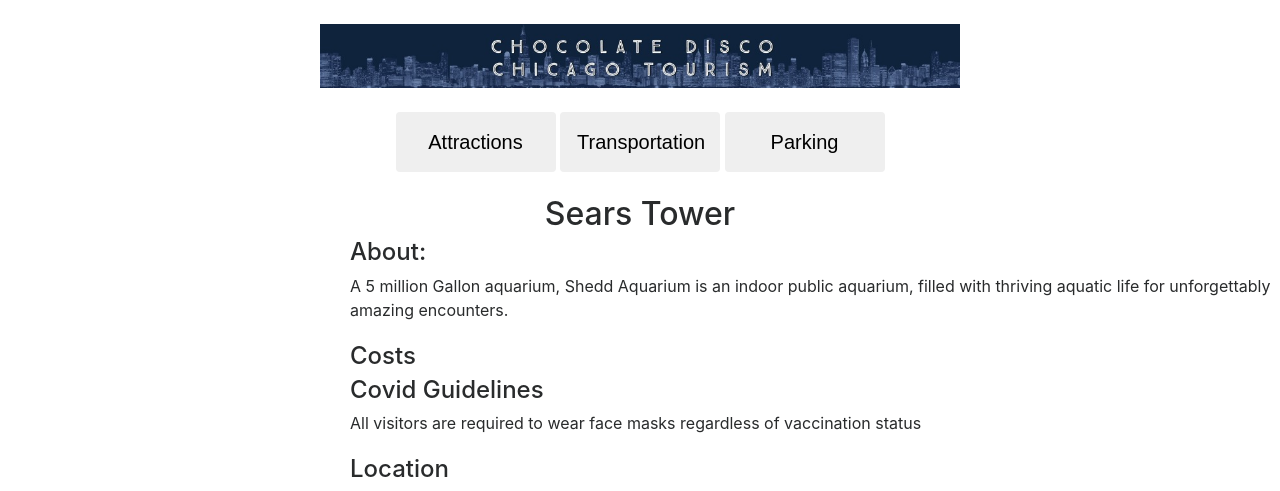
Repository: rkodit2/cs422project
Page: sheddAquarium.html
These files come from the project's save history. The page is drawn as it stood at one moment and after the next save; the edit follows.
The browser window is 1280 px wide. The pictures show the part of the page from y = 0 to 491 px (the page is 991 px tall before and 1095 px after).
Pictures or frames that could not be fetched are drawn as grey boxes.

Above is the page before, as saved 2021-11-03 19:33:04.

### sheddAquarium.html
<!DOCTYPE html>
<html>
<head>
    <title>Chocolate Disco Chicago Tourism</title>
    <link rel="stylesheet" href=
    "https://maxcdn.bootstrapcdn.com/bootstrap/4.0.0-alpha.6/css/bootstrap.css">
    <link rel="stylesheet" href="homepage.css">
</head>
<body>
    <br>
    <div id="banner">
      <img src="pictures/banner3.jpg" alt="mainpage banner" class = "center" onclick="location.href='homepage.html';">
    </div>

    <br>
    <div class= "button-center">
        <button type ="button" id="Attractions" class="btn" onclick="location.href='attractions.html';" style="width: 160px; height: 60px; font-size: 20px;"> Attractions </button>
        <button type ="button" id="Transportation" class="btn" onclick="location.href='transportation.html';" style="width: 160px; height: 60px; font-size: 20px"> Transportation </button>
        <button type ="button" id="Parking" class="btn" onclick="location.href='parking.html';" style="width: 160px; height: 60px; font-size: 20px;"> Parking </button>
    </div>
    <br>
    <h2 style="text-align: center;"> Sears Tower </h2>
    <div style = "padding-left: 350px; padding-bottom: 50px;">
        <h4>About:</h4>
        <p style="padding-bottom: 5px;">A 5 million Gallon aquarium, Shedd Aquarium is an indoor public aquarium,
            filled with thriving aquatic life for unforgettably amazing encounters.</p>


        <h4>Costs</h4>
        <!--
        <p style="padding-bottom: 5px;"> Costs vary based residency: <br>
            Adult (Ages 12+): $39.95 or $19.95 <br>
            Youth (Ages 3-11): $29.95 or $14.95 <br>
            Members and Children under 3 are free!</p>
        -->
        <h4>Covid Guidelines</h4>
        <p style="padding-bottom: 5px;">All visitors are required to wear face masks regardless of vaccination status</p>


        <h4>Location</h4>
        <div class="gmap">
            <iframe src="https://www.google.com/maps/embed?pb=!1m18!1m12!1m3!1d30639.048300504415!2d-87.6554890462532!3d41.872478212615796!2m3!1f0!2f0!3f0!3m2!1i1024!2i768!4f13.1!3m3!1m2!1s0x880e2cbee269fbbb%3A0x10f6dce5eb88c7d!2sWillis%20Tower!5e0!3m2!1sen!2sus!4v1635904921765!5m2!1sen!2sus" width="600" height="450" style="border:0;" allowfullscreen="" loading="lazy"></iframe>
            <p style="padding-left: 20px; padding-top: 150px; font-size: 20px;">
               223 S Wacker Dr <br>
               Chicago, IL 60606
               <br>
               <br>
               <a href="https://www.willistower.com/" target="_blank">Sears Tower Main Website</a>
            </p>

        </div>
    </div>

</body>
</html>

### homepage.css
.button-center {
    text-align: center;
  }

.viewMore {
    display: flex;
    vertical-align: middle;
}
.center {
  display: block;
  margin-left: auto;
  margin-right: auto;
  width: 50%;
}
.gmap{
  display: flex;
  vertical-align: middle;
}

After the next save:
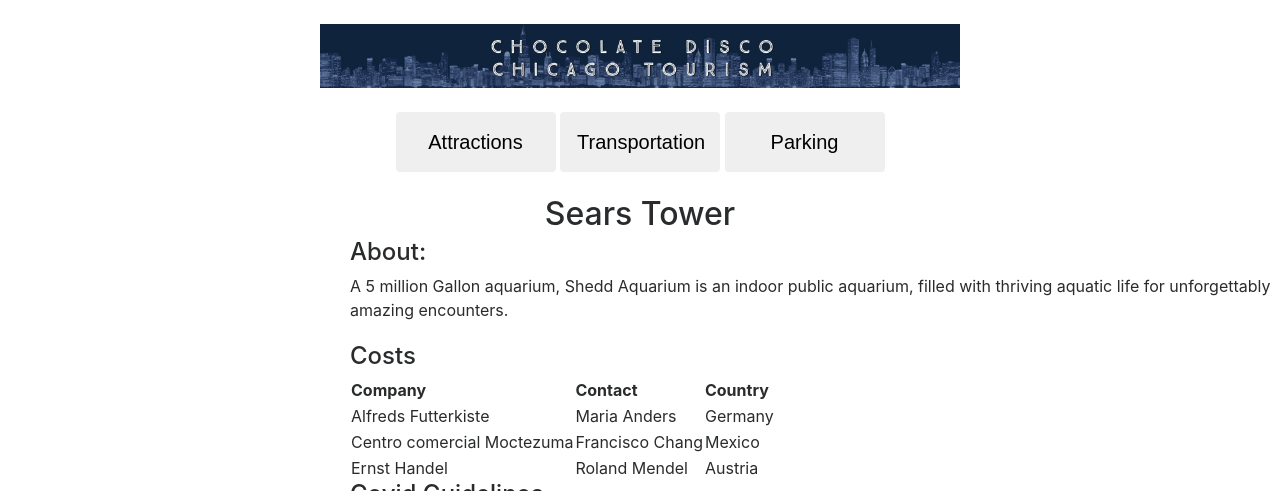
Saved 15 s later.
--- a/sheddAquarium.html
+++ b/sheddAquarium.html
@@ -27,6 +27,32 @@
 
 
         <h4>Costs</h4>
+
+        <table>
+            <tr>
+              <th>Company</th>
+              <th>Contact</th>
+              <th>Country</th>
+            </tr>
+            <tr>
+              <td>Alfreds Futterkiste</td>
+              <td>Maria Anders</td>
+              <td>Germany</td>
+            </tr>
+            <tr>
+              <td>Centro comercial Moctezuma</td>
+              <td>Francisco Chang</td>
+              <td>Mexico</td>
+            </tr>
+            <tr>
+              <td>Ernst Handel</td>
+              <td>Roland Mendel</td>
+              <td>Austria</td>
+            </tr>
+          </table>
+
+
+
         <!--
         <p style="padding-bottom: 5px;"> Costs vary based residency: <br>
             Adult (Ages 12+): $39.95 or $19.95 <br>
